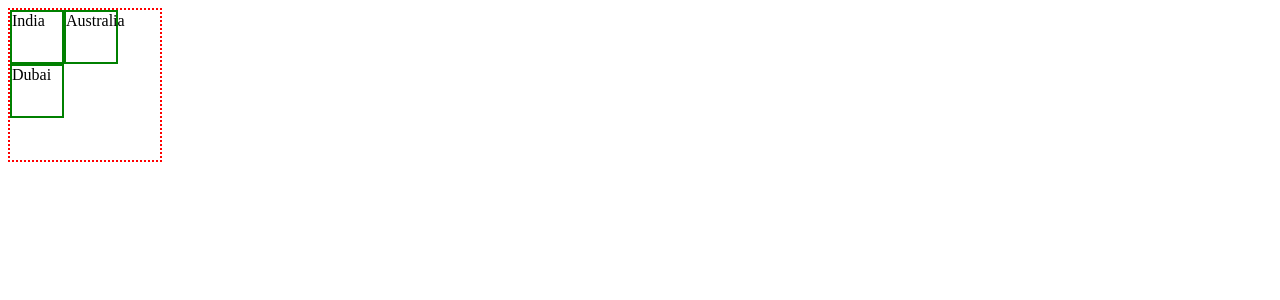
Repository: venkatesakki/JavaDeveloper
Page: css_examples/src/main/webapp/uderstandingBoxModel.html
The author's editor kept a copy of each file at every save. The page is drawn from the files as they stood at one save, then again after the next save.
The browser window is 1280 px wide. The pictures show the whole page.

Above is the page before, as saved 2022-06-27 07:12:34.

### css_examples/src/main/webapp/uderstandingBoxModel.html
<!DOCTYPE html>
<html>
<head>
<meta charset="UTF-8">
<title>Box Model</title>
<link type="text/css" rel="stylesheet" href="styles/boxmodel.css">
</head>
<body>

<div id="otermost" class="outer">
	<div id="inner" class="inner">
		<div id="child1" class="child">India</div>
		<div id="child2" class="child">Australia</div>
		<div id="child3" class="child">Dubai</div>
	</div>
</div>
</body>
</html>

### css_examples/src/main/webapp/styles/boxmodel.css
@charset "UTF-8";

.outer{

	width:250px;
	height:250px;
	border:1px solid megenta;

}

.inner{

	width:150px;
	height:150px;
	border:2px dotted red;

}

.child{

	width:50px;
	height:50px;
	border:2px solid green;
	display:inline;
	float:left;

}

After the next save:
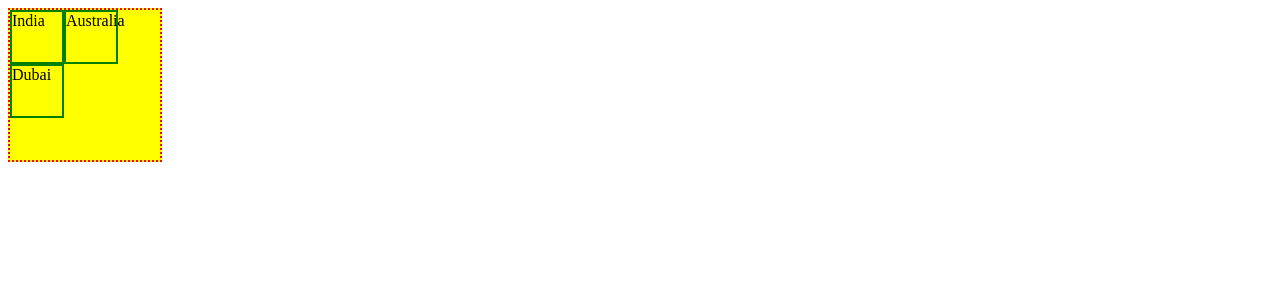
Saved 37 s later.
--- a/css_examples/src/main/webapp/styles/boxmodel.css
+++ b/css_examples/src/main/webapp/styles/boxmodel.css
@@ -13,7 +13,7 @@
 	width:150px;
 	height:150px;
 	border:2px dotted red;
-
+	background-color: yellow;
 }
 
 .child{
@@ -23,5 +23,6 @@
 	border:2px solid green;
 	display:inline;
 	float:left;
+	margin
 
 }
